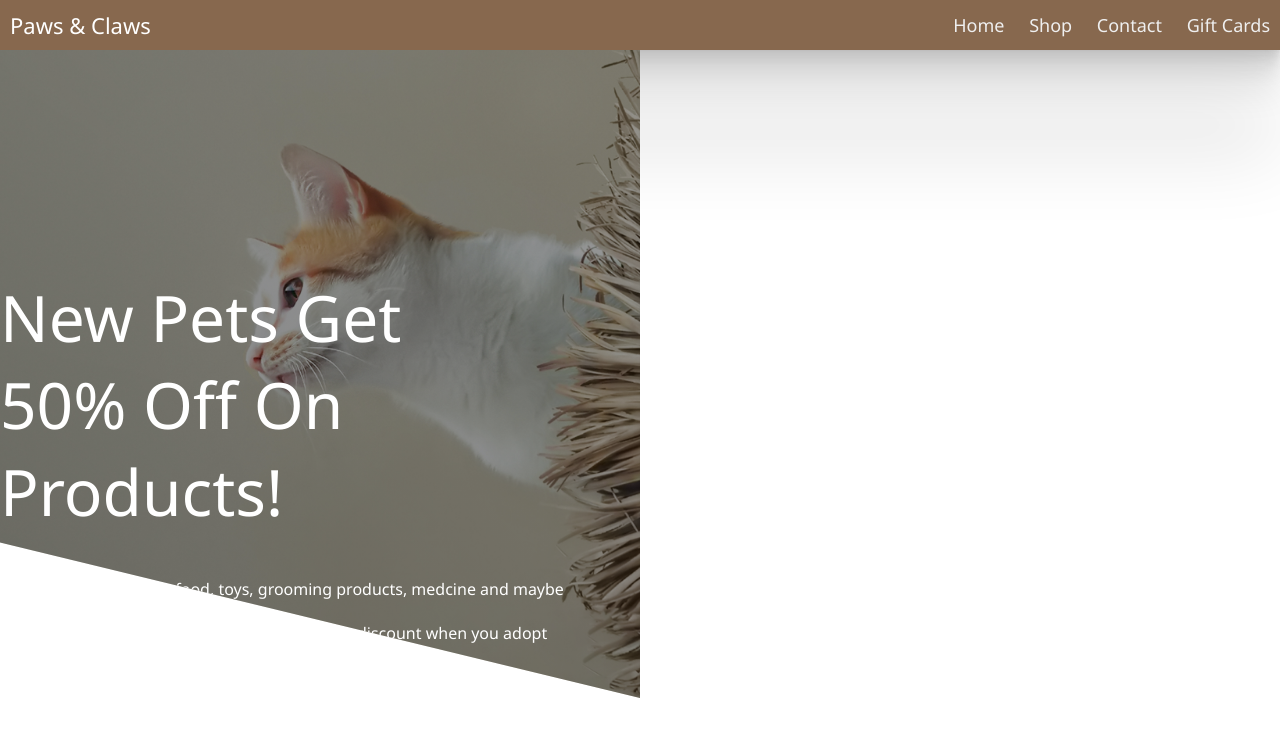
Repository: LtGriff/petProject
Page: dist/about.html
An editor plug-in stored every save of this project. The page is shown before and after a run of saves, followed by the edit.
The browser window is 1280 px wide. The pictures show the whole page.
Backgrounds fixed to the window are drawn as part of the page.

Above is the page before, as saved 2022-05-19 07:33:44.

### dist/about.html
<!DOCTYPE html>
<html lang="en">
<head>
    <meta charset="UTF-8">
    <meta http-equiv="X-UA-Compatible" content="IE=edge">
    <meta name="viewport" content="width=device-width, initial-scale=1.0">
    <link rel="stylesheet" type="text/css" href="../CSS/about.css">
    <title>About the Animal House</title>
</head>
<body>
<!-------------NAV***************BAR----------------------->

    <div class="nav">
        <input type="checkbox" id="nav-check">
        <div class="nav-header">
          <div class="nav-title">
            Paws & Claws
          </div>
        </div>
        <div class="nav-btn">
          <label for="nav-check">
            <span></span>
            <span></span>
            <span></span>
          </label>
        </div>

        <div class="nav-links">
          <a href="index.html" target="">Home</a>
          <a href="shop.html" target="_blank">Shop</a>
          <a href="contact.html" target="_blank">Contact</a>
          <a href="giftcard.html" target="_blank">Gift Cards</a>
        </div>
      </div>

    <!-------------NAV*******BAR********END----------------------->


 <!------------------HEADER*******SECTION---------------------->


 <div class="dogfield"></div>

 <header id="header-section">
  <div class="header-text container">
      <h1>New Pets Get <br> 50%  Off On Products!</h1>
      <p>
         New pets require fresh food, toys, grooming products, medcine and maybe even clothing!<br> Luckily we have all that and can provide a hefty discount when you adopt with us!
      </p>
      <input id="userInput" type="email" placeholder="Your Email Address" required>
      <a class="cta" href="#">Sign Up</a>
      <p id="error">Please provide a valid email address</p>
  </div>
</header>










</body>
</html>

### dist/CSS/about.css
/** NAV BAR **/

* {
    box-sizing: border-box;
  }

  body {
    margin: 0px;
    font-family: 'segoe ui';
  }

  .nav {
    height: 50px;
    width: 100%;
    background-color: #87684e;

  /**
    opacity: .5;
    filter: alpha(opacity=50);
    position: relative;**/
    /* z-index: ; */


    box-shadow:
    0 2.8px 2.2px rgba(0, 0, 0, 0.034),
    0 6.7px 5.3px rgba(0, 0, 0, 0.048),
    0 12.5px 10px rgba(0, 0, 0, 0.06),
    0 22.3px 17.9px rgba(11, 4, 4, 0.072),
    0 41.8px 33.4px rgba(0, 0, 0, 0.086),
    0 100px 80px rgba(0, 0, 0, 0.12);
  }

  .nav > .nav-header {
    display: inline;
  }

  .nav > .nav-header > .nav-title {
    display: inline-block;
    font-size: 22px;
    color: #fff;
    padding: 10px 10px 10px 10px;
  }

  .nav > .nav-btn {
    display: none;
  }

  .nav > .nav-links {
    display: inline;
    float: right;
    z-index: 9;
    font-size: 18px;
  }

  .nav > .nav-links > a {
    display: inline-block;
    padding: 13px 10px 13px 10px;
    text-decoration: none;
    color: #efefef;
  }

  .nav > .nav-links > a:hover {
    background-color: rgba(0, 0, 0, 0.3);
  }

  .nav > #nav-check {
    display: none;
  }


 /** HEADER SECTION **/

#header-section{
    height: 90vh;
    background-image: linear-gradient(
        to left bottom,
        rgba(0, 0, 0, 0.4),
        rgba(0, 0, 0, 0.5)),
    url("../img/catcreeping.jpg");
    background-attachment: fixed;
    background-size: cover;
    background-position: bottom right;
    position: relative;
    object-fit: scale-down;
    clip-path: polygon(0% 0%,100% 0%,100% 100%,0% 76%);
    max-width: 50%;
    max-height: 50%;
  }



  .header-text {
    position: absolute;
    top: 28%;
    right: 10%;
    color: #ffffff;
  }

  .header-text h1 {
    font-size: 4rem;
    font-weight: 500;
  }

  .header-text p {
    margin-bottom: 1rem;
  }

  #header-section input {
    width: 225px;
    height: 3.5rem;
    border-radius: 0.4rem;
    border: none;
    padding: 0.5rem 3rem;
  }

  .cta {
    background-color: #87684e;
    padding: 0.8rem 4rem;
    border-radius: 0.4rem;
    color: #fff;
    font-weight: 400;
  }

  .cta:hover {
    transform: translateY(-3px);
    box-shadow: 0 1rem 2rem rgba(0, 0, 0, .2);
  }

  .cta:active {
    transform: translateY(-1px);
    box-shadow: 0 .5rem 1rem rgba(0, 0, 0, .2);
  }

  .cta::after {
    content: "";
    display: inline-block;
    height: 100%;
    width: 100%;
    border-radius: 10rem;
    position: absolute;
    top: 0;
    left: 0;
    z-index: -1;
    transition: all .4s;
  }

  .cta:hover::after {
    transform: scaleX(1.4) scaleY(1.6);
    opacity: 0;
  }

  #error {
    color: red;
    font-weight: 600;
    display: none;
    margin-top: 1rem;
    transition: all 0.5s ease-in;
  }

@media (max-width:600px) {
    .nav > .nav-btn {
      display: inline-block;
      position: absolute;
      right: 0px;
      top: 0px;
    }
    .nav > .nav-btn > label {
      display: inline-block;
      width: 50px;
      height: 50px;
      padding: 13px;
    }
    .nav > .nav-btn > label:hover,.nav  #nav-check:checked ~ .nav-btn > label {
      background-color: rgba(0, 0, 0, 0.3);
    }
    .nav > .nav-btn > label > span {
      display: block;
      width: 25px;
      height: 10px;
      border-top: 2px solid #eee;
    }
    .nav > .nav-links {
      position: absolute;
      display: block;
      width: 100%;
      background: rgb(234,212,189);
      background: linear-gradient(7deg, rgba(234,212,189,1) 0%, rgba(204,175,140,1) 24%, rgba(191,161,124,1) 64%, rgba(135,104,78,1) 98%);
      height: 0px;
      transition: all 0.3s ease-in;
      overflow-y: hidden;
      top: 50px;
      left: 0px;
    }
    .nav > .nav-links > a {
      display: block;
      width: 100%;
    }
    .nav > #nav-check:not(:checked) ~ .nav-links {
      height: 0px;
    }
    .nav > #nav-check:checked ~ .nav-links {
      height: calc(28vh - 50px);
      overflow-y: auto;
    }

  }

After the next 2 saves:
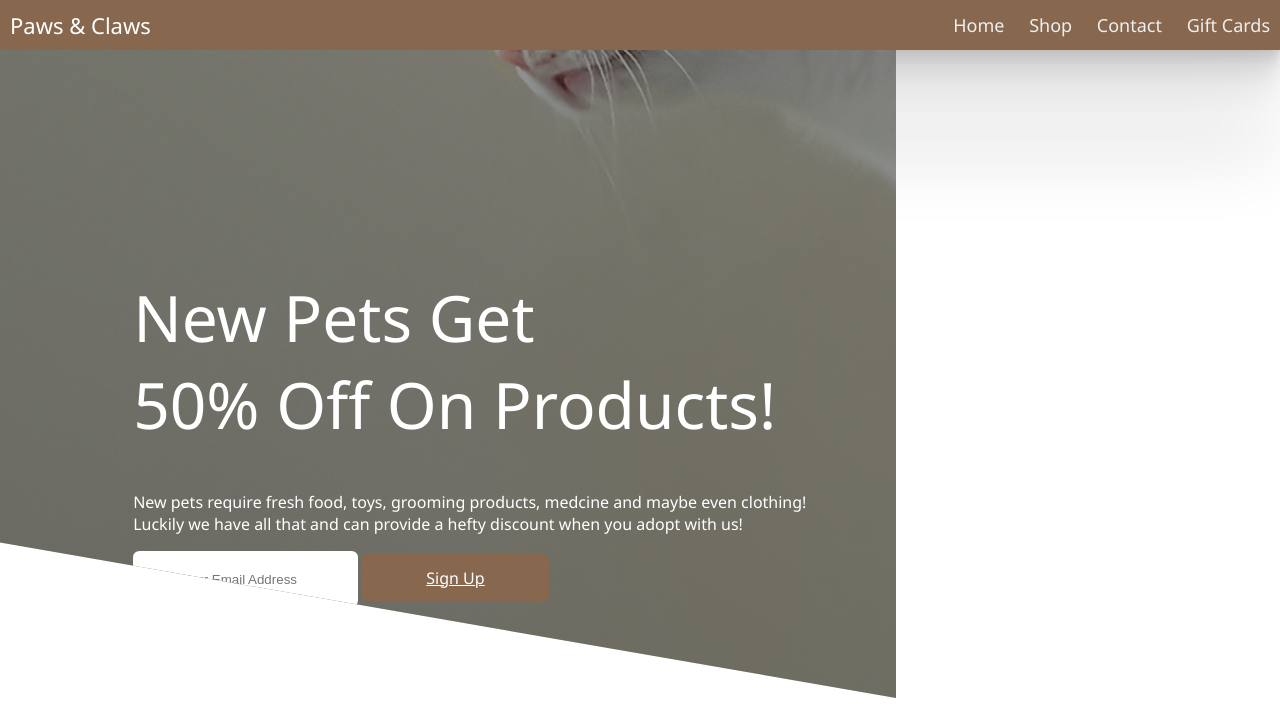
The 2 saves are shown as one change because they came seconds apart.
The last was saved 23 s later.
--- a/dist/CSS/about.css
+++ b/dist/CSS/about.css
@@ -83,8 +83,8 @@
     position: relative;
     object-fit: scale-down;
     clip-path: polygon(0% 0%,100% 0%,100% 100%,0% 76%);
-    max-width: 50%;
-    max-height: 50%;
+    max-width: 70%;
+    max-height: 70%;
   }
 
 
